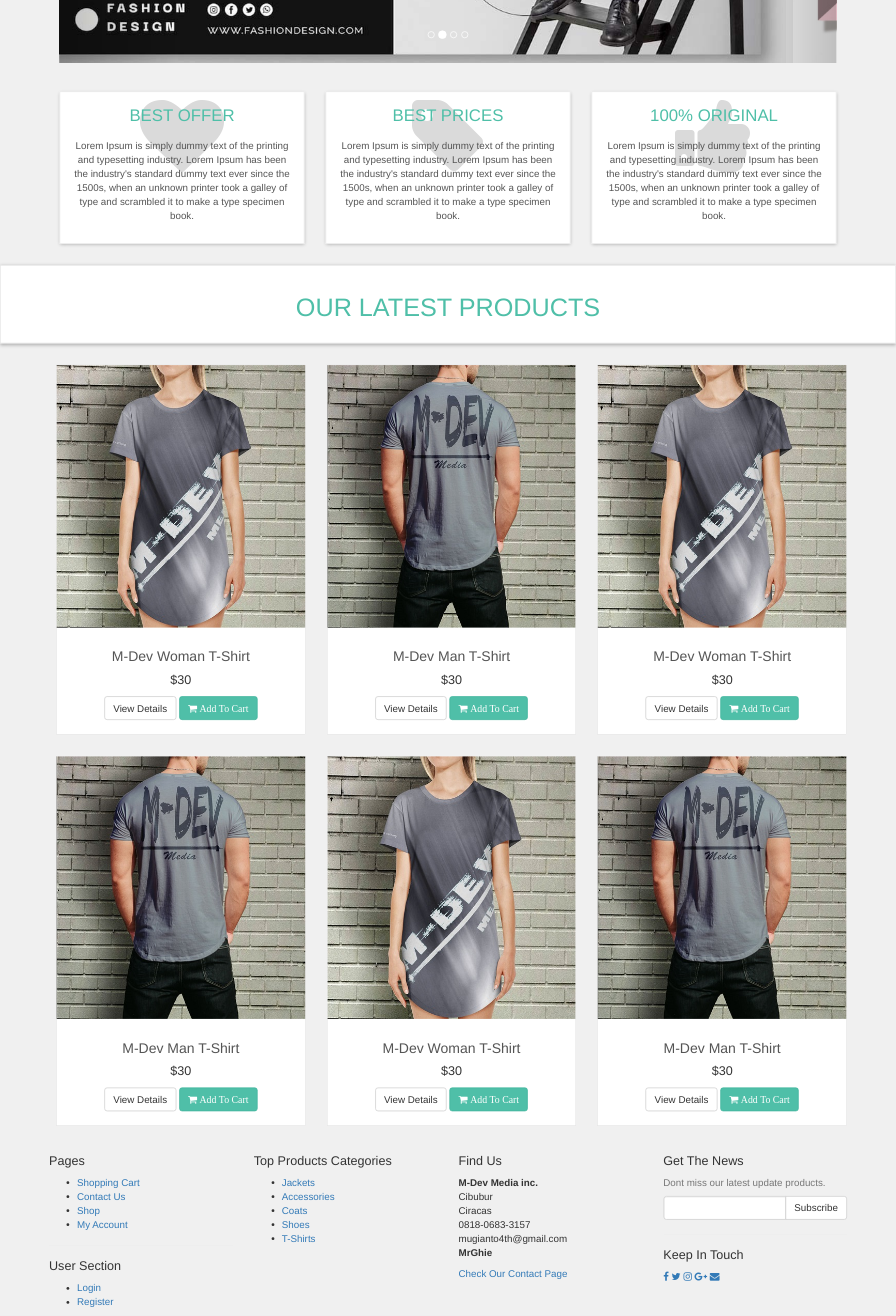
Repository: truonghuynhquy/M_Dev_Store
Page: http://localhost/
An editor plug-in stored every save of this project. The page is shown before and after the next save, followed by the edit.
The browser window is 1280 px wide. The pictures show the part of the page from y = 651 to 2571 px (the page is 2531 px tall before and 2571 px after), at 70% of full size.
The page is run by PHP 8.4 with error messages shown; the project is at /var/www/html/.

Above is the page before, as saved 2022-09-25 19:36:49.

After the next save:
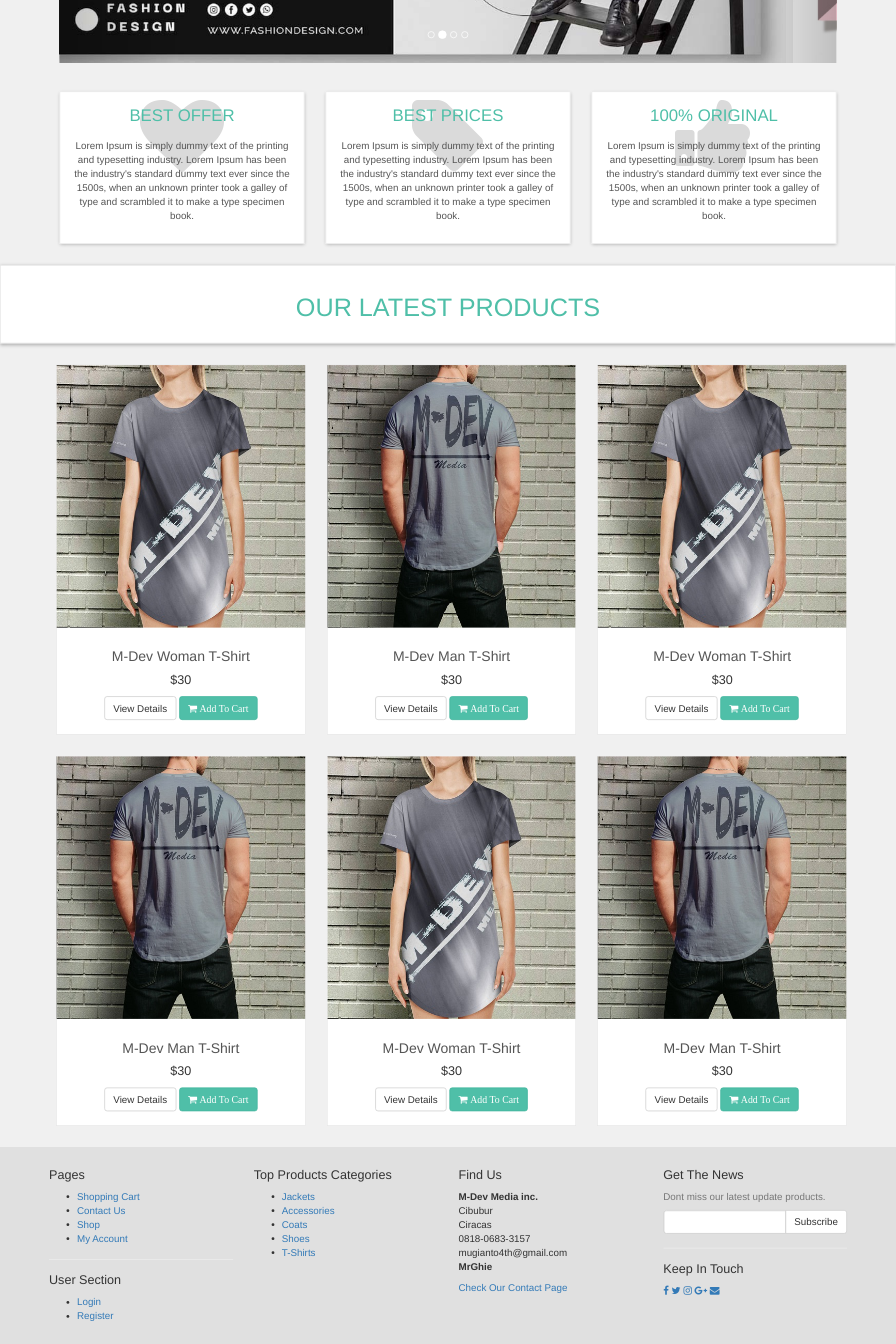
Saved 31 s later.
--- a/styles/style.css
+++ b/styles/style.css
@@ -202,3 +202,10 @@
 #content .product .text h3 a {
     color: rgb(85, 85, 85);
 }
+
+/*  Footer Styles  */
+
+#footer{
+    background: #e0e0e0;
+    padding: 20px 0;
+}
